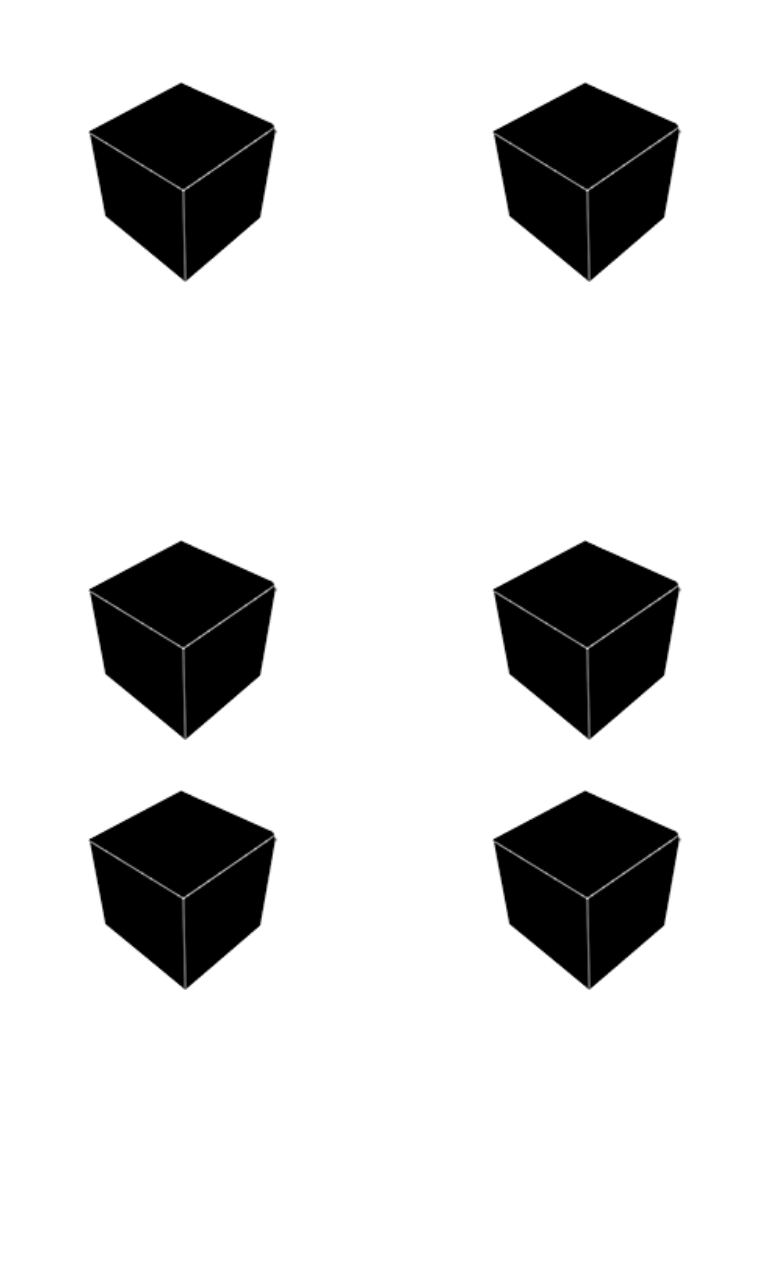
Repository: DSKarramba/university
Layout: models_and_methods_ICS/lab_01/code/calc/res/layout/activity_main.xml
These files come from the project's save history. The layout is drawn as it stood at one moment and after the next save; the edit follows.
It is drawn on a 768 x 1280 px phone screen (xhdpi) without system bars, with theme AppTheme; the app's code is not run.

Above is the layout before, as saved 2014-12-11 03:38:07.

### models_and_methods_ICS/lab_01/code/calc/res/layout/activity_main.xml
<RelativeLayout xmlns:android="http://schemas.android.com/apk/res/android"
    xmlns:tools="http://schemas.android.com/tools"
    android:layout_width="match_parent"
    android:layout_height="match_parent"
    android:layout_gravity="top"
    android:paddingBottom="@dimen/activity_vertical_margin"
    android:paddingLeft="@dimen/activity_horizontal_margin"
    android:paddingRight="@dimen/activity_horizontal_margin"
    android:paddingTop="@dimen/activity_vertical_margin"
    tools:context="com.example.calc.MainActivity" >

    <ImageButton
        android:id="@+id/img1"
        android:layout_width="100dp"
        android:layout_height="100dp"
        android:layout_alignParentLeft="true"
        android:layout_alignParentTop="true"
        android:layout_marginLeft="25dp"
        android:layout_marginTop="25dp"
        android:background="@android:color/transparent"
        android:contentDescription="@string/str_box"
        android:scaleType="fitCenter"
        android:src="@drawable/box" />

    <ImageButton
        android:id="@+id/img2"
        android:layout_width="100dp"
        android:layout_height="100dp"
        android:layout_alignParentRight="true"
        android:layout_alignParentTop="true"
        android:layout_marginRight="25dp"
        android:layout_marginTop="25dp"
        android:background="@android:color/transparent"
        android:contentDescription="@string/str_box"
        android:scaleType="fitCenter"
        android:src="@drawable/box" />

    <ImageButton
        android:id="@+id/img3"
        android:layout_width="100dp"
        android:layout_height="100dp"
        android:layout_alignLeft="@+id/img5"
        android:layout_centerVertical="true"
        android:background="@android:color/transparent"
        android:contentDescription="@string/str_box"
        android:scaleType="fitCenter"
        android:src="@drawable/box" />

    <ImageButton
        android:id="@+id/img4"
        android:layout_width="100dp"
        android:layout_height="100dp"
        android:layout_alignLeft="@+id/img6"
        android:layout_centerVertical="true"
        android:background="@android:color/transparent"
        android:contentDescription="@string/str_box"
        android:scaleType="fitCenter"
        android:src="@drawable/box" />

    <ImageButton
        android:id="@+id/img5"
        android:layout_width="100dp"
        android:layout_height="100dp"
        android:layout_alignParentLeft="true"
        android:layout_below="@+id/img3"
        android:layout_marginLeft="25dp"
        android:layout_marginTop="25dp"
        android:background="@android:color/transparent"
        android:contentDescription="@string/str_box"
        android:scaleType="fitCenter"
        android:src="@drawable/box" />

    <ImageButton
        android:id="@+id/img6"
        android:layout_width="100dp"
        android:layout_height="100dp"
        android:layout_alignParentRight="true"
        android:layout_below="@+id/img4"
        android:layout_marginRight="25dp"
        android:layout_marginTop="25dp"
        android:background="@android:color/transparent"
        android:contentDescription="@string/str_box"
        android:scaleType="fitCenter"
        android:src="@drawable/box" />

</RelativeLayout>

### models_and_methods_ICS/lab_01/code/calc/res/values/strings.xml
<?xml version="1.0" encoding="utf-8"?>
<resources>

    <string name="app_name">cats</string>
    <string name="action_settings">Settings</string>
    <string name="str_box">box</string>

</resources>

Loaded but not shown: models_and_methods_ICS/lab_01/code/calc/res/values/styles.xml (common file); models_and_methods_ICS/lab_01/code/calc/res/values-v11/styles.xml (common file); models_and_methods_ICS/lab_01/code/calc/res/values-v14/styles.xml (common file); models_and_methods_ICS/lab_01/code/calc/res/values/dimens.xml (common file); models_and_methods_ICS/lab_01/code/calc/res/values-w820dp/dimens.xml (common file)

After the next save:
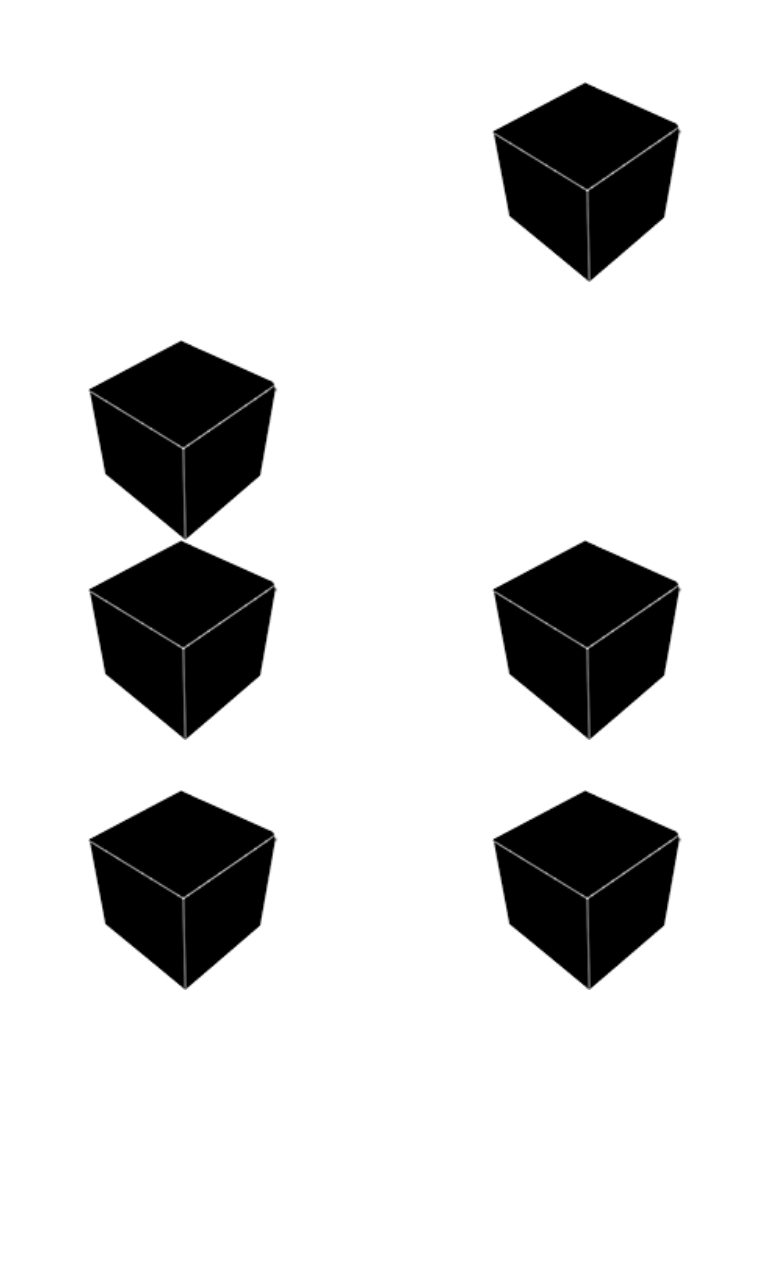
Saved 46 s later.
--- a/models_and_methods_ICS/lab_01/code/calc/res/layout/activity_main.xml
+++ b/models_and_methods_ICS/lab_01/code/calc/res/layout/activity_main.xml
@@ -14,7 +14,7 @@
         android:layout_width="100dp"
         android:layout_height="100dp"
         android:layout_alignParentLeft="true"
-        android:layout_alignParentTop="true"
+        android:layout_above="@+id/img3"
         android:layout_marginLeft="25dp"
         android:layout_marginTop="25dp"
         android:background="@android:color/transparent"
